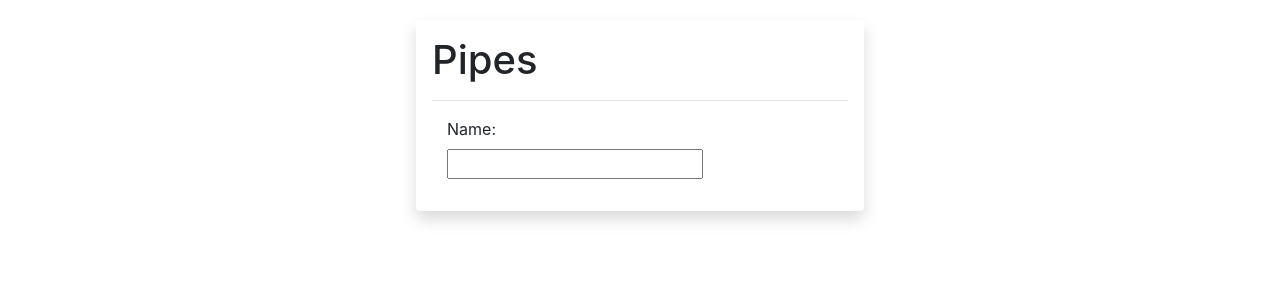
Repository: Evincars/udemy-angular
Page: / (app in pipes/)
These files come from the project's save history. The page is drawn as it stood at one moment and after the next save; the edit follows.
The browser window is 1280 px wide. The pictures show the whole page.
The project was rebuilt for these pictures with package versions that can differ from the ones it lists, and the page was loaded fresh each time. Also part of the build but not shown: pipes/angular.json.

Above is the page before, as saved 2020-04-04 15:24:03.

### pipes/src/app/app.component.html
<div class="container shadow p-3 mb-5 bg-white rounded">
  <h1>Pipes</h1>
  <hr>
  <div class="col-md-6">
    <form>
      <div class="form-group">
        <label>Name:</label>
        <input type="text" (input)="onNameChange($event.target.value)" />
      </div>
    </form>
  </div>
  <div class="col-md-6">

  </div>
</div>

### pipes/src/app/app.component.scss
.container {
  margin-top: 20px;
  width: 35%;
}

Loaded but not shown: pipes/src/index.html (common file); pipes/src/styles.scss (common file); pipes/src/main.ts (common file); pipes/src/app/app.module.ts (common file); pipes/src/environments/environment.ts (common file); pipes/src/app/app.component.ts (common file)

After the next save:
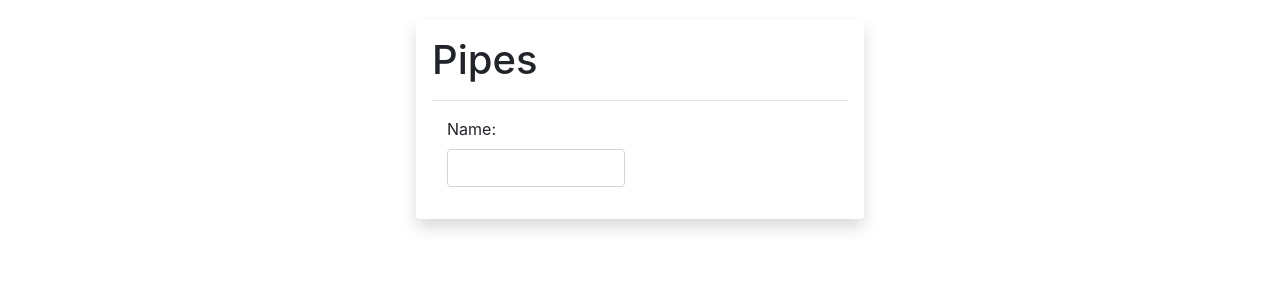
Saved 22 s later.
--- a/pipes/src/app/app.component.html
+++ b/pipes/src/app/app.component.html
@@ -5,7 +5,7 @@
     <form>
       <div class="form-group">
         <label>Name:</label>
-        <input type="text" (input)="onNameChange($event.target.value)" />
+        <input type="text" class="form-control" (input)="onNameChange($event.target.value)" />
       </div>
     </form>
   </div>
